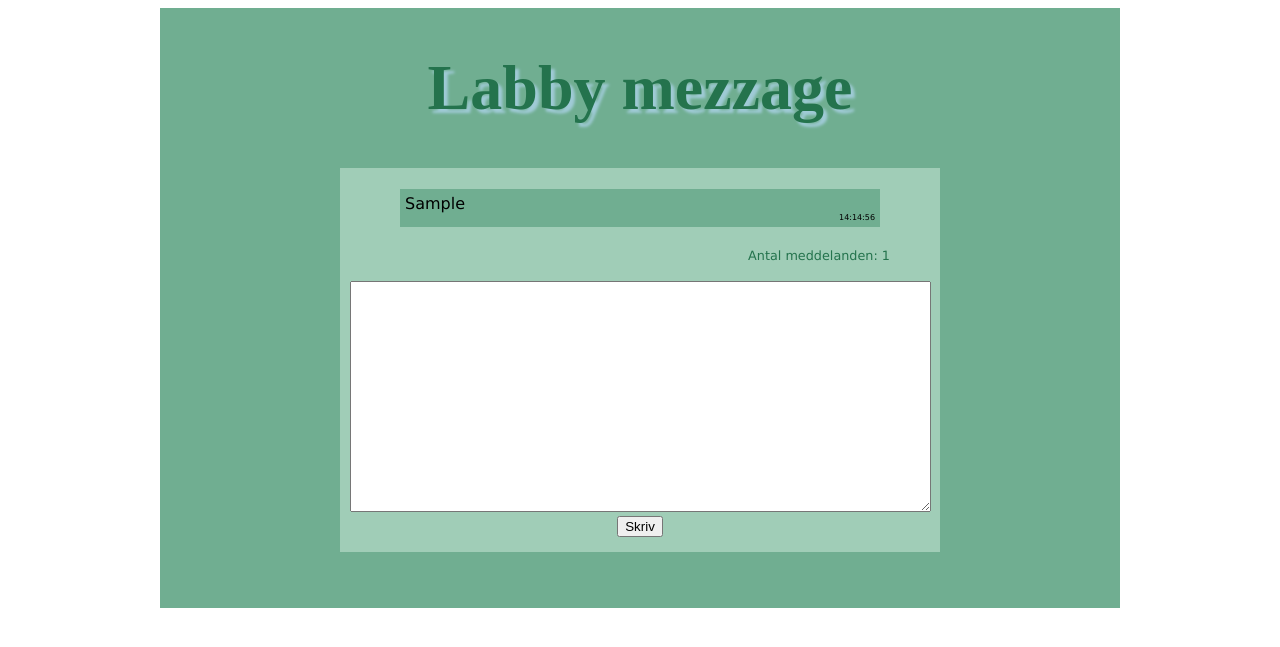
Repository: aa223gg/1dv403-laborationer
Page: 2-labbymezzage/index.html
The author's editor kept a record of every edit. The page is drawn from the files as they stood at one moment, then again after the next edit.
The browser window is 1280 px wide. The pictures show the whole page.
Empty fields were first filled with sample values (such as "Sample", 5 or name@example.com).
After loading, the first visible `#submit` was clicked once.
Some web fonts or font styles are not loaded; a fallback is used.

Above is the page before.

### 2-labbymezzage/index.html
<!DOCTYPE html>
<html>
<head>
	<meta charset="UTF-8" />
	<title>Labby Message</title>
	<link rel="stylesheet" href="style.css" />
	<link href="https://fonts.googleapis.com/css?family=Fascinate" rel="stylesheet" type="text/css" >

</head>
    <body>
        <div id="container">
            <div id="header">
                <h1>Labby mezzage</h1>
            </div>
            <div id="content">
                <div id="savedMessages">
                </div>
                <div id="form">
                    <form id="box">
                        <p id="messages">Antal meddelanden: <span id="numberOfMessages">0</span></p>
                        <textarea name="textarea" id="textarea" cols="70" rows="15"></textarea>
                        <br>
                        <input type="submit" name="submit" id="submit" value="Skriv"/>
                    </form>
                </div>
            </div>
        </div>

        <script src="Message.js"></script>
        <script src="MessageBoard.js"></script>
    </body>
</html>

### 2-labbymezzage/style.css
/*Layout*/
#container {width: 960px; height: 600px; overflow:auto; margin: 0 auto;}
#header {text-align: center; font-family: "Fascinate", cursive; font-size: 2em; color: #24734D; text-shadow: 4px 4px 3px #A0CBD7;}
#content {text-align: center; width: 600px; margin: 0 auto; padding-top: 5px; padding-bottom: 15px; font-family: Verdana; color: #24734D;}
p {text-align: left; padding: 5px;}
#savedMessages {width: 480px; margin: 0 auto; color: #000; padding-left: 10px; padding-right: 10px; margin-bottom: 10px;}
.footer {text-align: right; font-size: 0.5em;}
#messages {text-align:right; font-size: 0.8em; padding-right: 50px;}

/*Background*/
#container {background-color: #70AE91;}
#content {background-color: #A0CDB7;}
p {background-color: #70AE91;}
.footer {background-color: #70AE91;}
#messages {background-color: #A0CDB7;}

### 2-labbymezzage/Message.js
"use strict";

//konstruktorfunktion
function Message(message, date){

    this.getText = function() {
        return message;
    };

    this.setText = function(_text) {
        message = _text;
    };

    this.getDate = function() {
        return date;
    };

    this.setDate = function(_date) {
        date = _date;
    };
}

Message.prototype.toString = function() {
    return this.getText() + " (" +this.getDate() + ") ";
};

Message.prototype.getHTMLText = function() {
    return this.getText().replace("\n", "</br>", "g");        //replace(/\n/g, "</br>");
};

Message.prototype.getDateText = function() {

};

### 2-labbymezzage/MessageBoard.js
"use strict";

//statiskt objekt, objektliteral
var MessageBoard = {

    messages: [],


    init: function(){

        var button = document.getElementById("submit");
        var textarea = document.getElementById("textarea");
        var mess = {};

        //Skapar meddelande genom att klicka på "Skriv"
        button.addEventListener("click", function(e){
            e.preventDefault();
            mess = new Message(textarea.value, new Date());
            //Lägg till i arrayen
            MessageBoard.messages.push(mess);

            MessageBoard.renderMessages();
        });
    },

    renderMessage: function(messageID){

            var savedMessages = document.getElementById("savedMessages");       //Hämtar ut stället att spara meddelanden på
            var p = document.createElement("p");                                //Skapa ny p-tagg
            var footer = document.createElement("footer");                      //Skapa ny footer
            var date = new Date();
            var showTime = document.createTextNode(date.getHours() + ":" + date.getMinutes() + ":" + date.getSeconds());
            var numberOfMessages = document.getElementById("numberOfMessages"); //Hämtar stället för antal meddelanden
            var sum = document.createTextNode(MessageBoard.messages.length);    //Skapa text med antal meddelanden

            document.getElementById("numberOfMessages").innerHTML = "";         //Rensa antal meddelanden
            document.getElementById("textarea").value = "";                     //Rensa textrutan

            p.innerHTML = MessageBoard.messages[messageID].getHTMLText();       //Skriver ut meddelande

            numberOfMessages.appendChild(sum);                                  //Lägg till antal i numberOfMessages
            savedMessages.appendChild(p);                                       //Lägg p-taggen i saveMessages
            p.appendChild(footer);                                              //Lägg footer i p
            footer.appendChild(showTime);                                       //Lägg tid i footern
            footer.className = "footer";                                        //Ge footern ett klassnamn
        },

        renderMessages: function(){

            document.getElementById("savedMessages").innerHTML = "";            //Ta bort meddelanden

            for (var i = 0; i < MessageBoard.messages.length; ++i){             //Loopa igenom alla meddelanden
                MessageBoard.renderMessage(i);
            }
        },
};

window.onload = MessageBoard.init;

After the next edit:
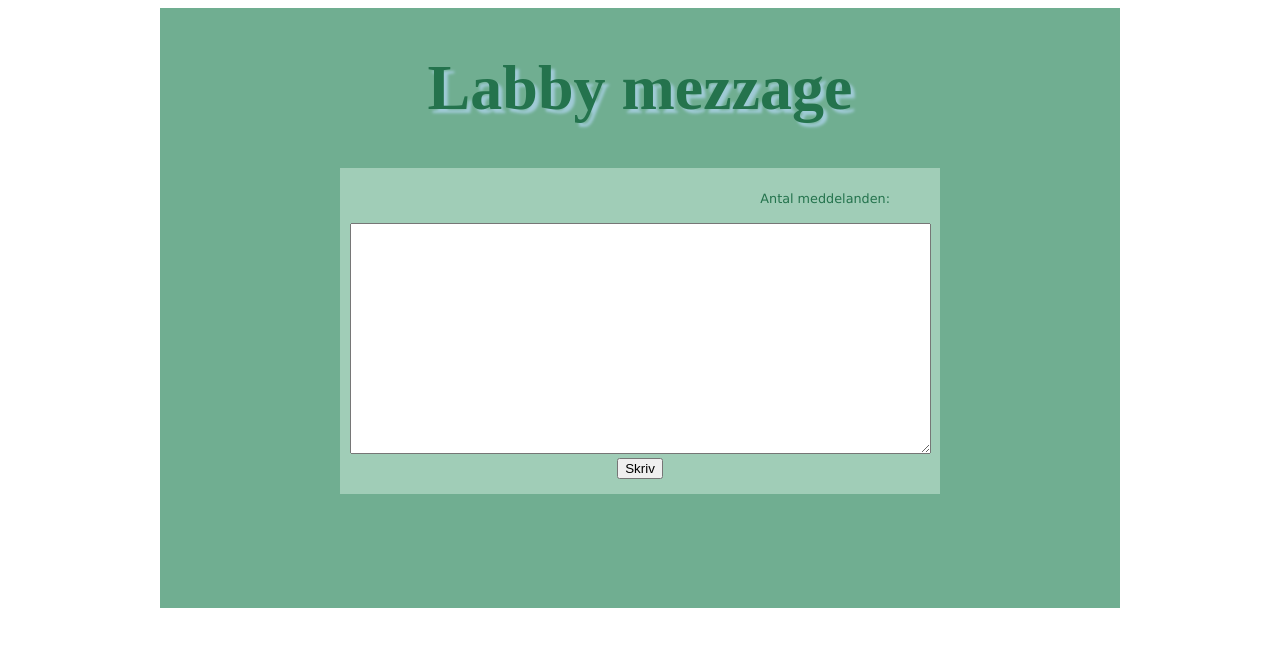
Console error: TypeError: Cannot read properties of undefined (reading 'getHTMLText')
The edit:
--- a/2-labbymezzage/MessageBoard.js
+++ b/2-labbymezzage/MessageBoard.js
@@ -19,7 +19,7 @@
             //Lägg till i arrayen
             MessageBoard.messages.push(mess);
 
-            MessageBoard.renderMessages();
+            MessageBoard.renderMessage();
         });
     },
 

After the 2 edits that followed:
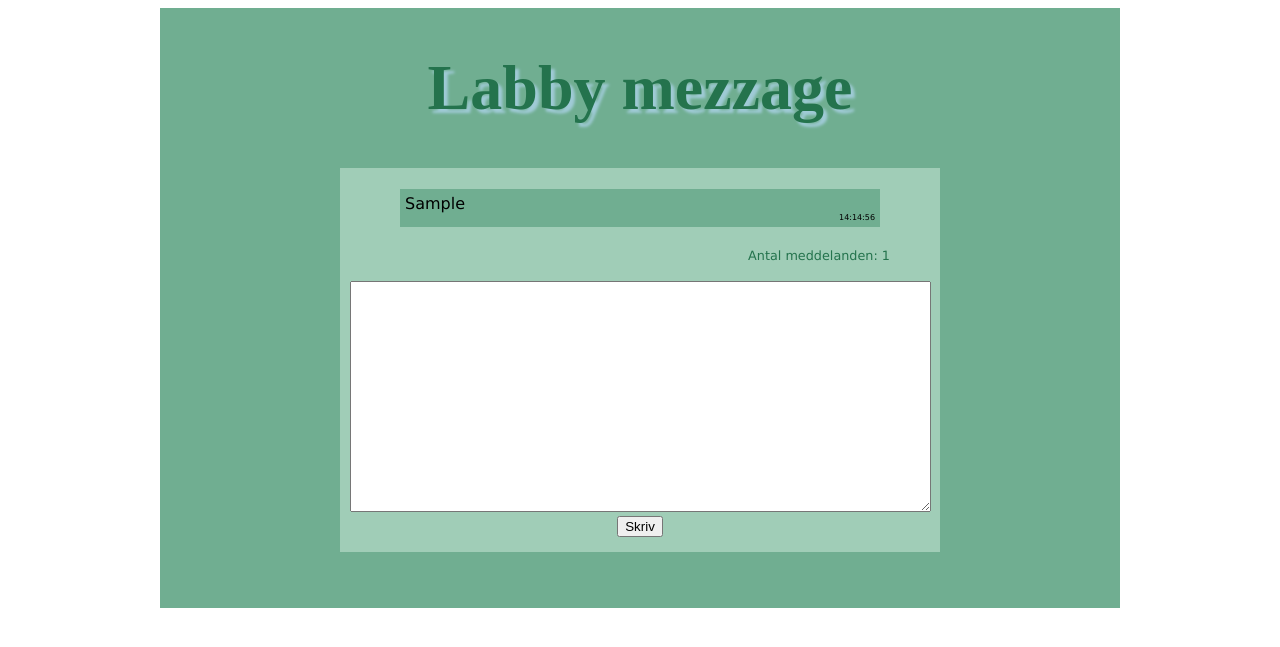
The error is gone.
The 2 edits are shown as one change because 1 left the picture as it was.
The edit:
--- a/2-labbymezzage/MessageBoard.js
+++ b/2-labbymezzage/MessageBoard.js
@@ -19,7 +19,7 @@
             //Lägg till i arrayen
             MessageBoard.messages.push(mess);
 
-            MessageBoard.renderMessage();
+            MessageBoard.renderMessages();
         });
     },
 
@@ -37,6 +37,7 @@
             document.getElementById("textarea").value = "";                     //Rensa textrutan
 
             p.innerHTML = MessageBoard.messages[messageID].getHTMLText();       //Skriver ut meddelande
+            console.log(MessageBoard.messages);
 
             numberOfMessages.appendChild(sum);                                  //Lägg till antal i numberOfMessages
             savedMessages.appendChild(p);                                       //Lägg p-taggen i saveMessages
